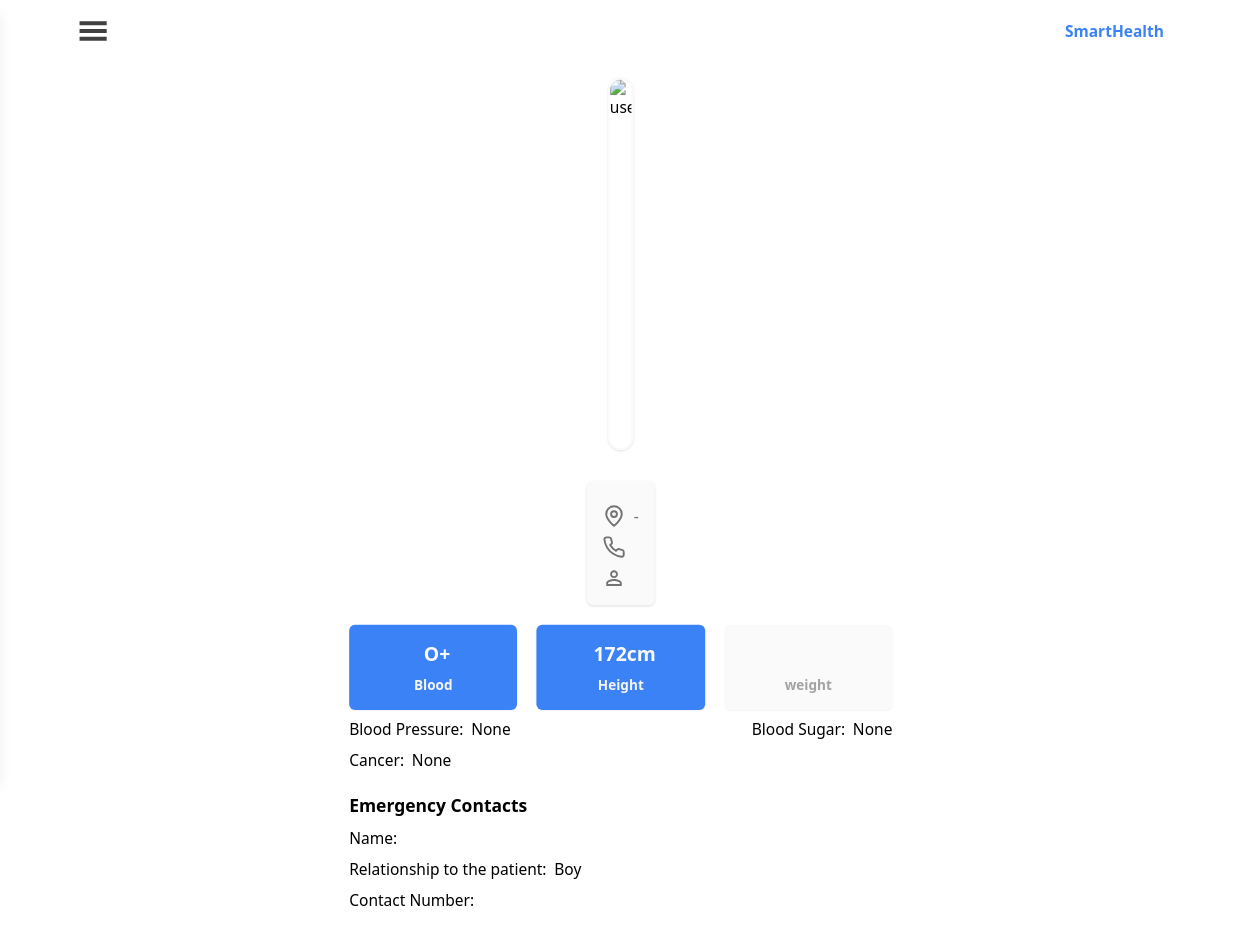
Repository: Sanaa00/HI-user
Page: /home
An editor plug-in stored every save of this project. The page is shown before and after the next save, followed by the edit.
The browser window is 1280 px wide. The pictures show the whole page, at 97% of full size.
The page's requests for data from a server got no answer. The project was rebuilt for these pictures with package versions that can differ from the ones it lists, and the page was loaded fresh each time. No one was signed in, and anything a server would have sent is missing. Also part of the build but not shown: vite.config.js, src/App.css, src/Components/Pagination.jsx, src/Pages/Prescription.jsx, src/Components/modalComponent.jsx, src/Pages/Laboratory.jsx, src/Pages/Radiographic.jsx, src/Components/InputField.jsx and 2 more.

Above is the page before, as saved 2024-01-12 21:21:59.

After the next save:
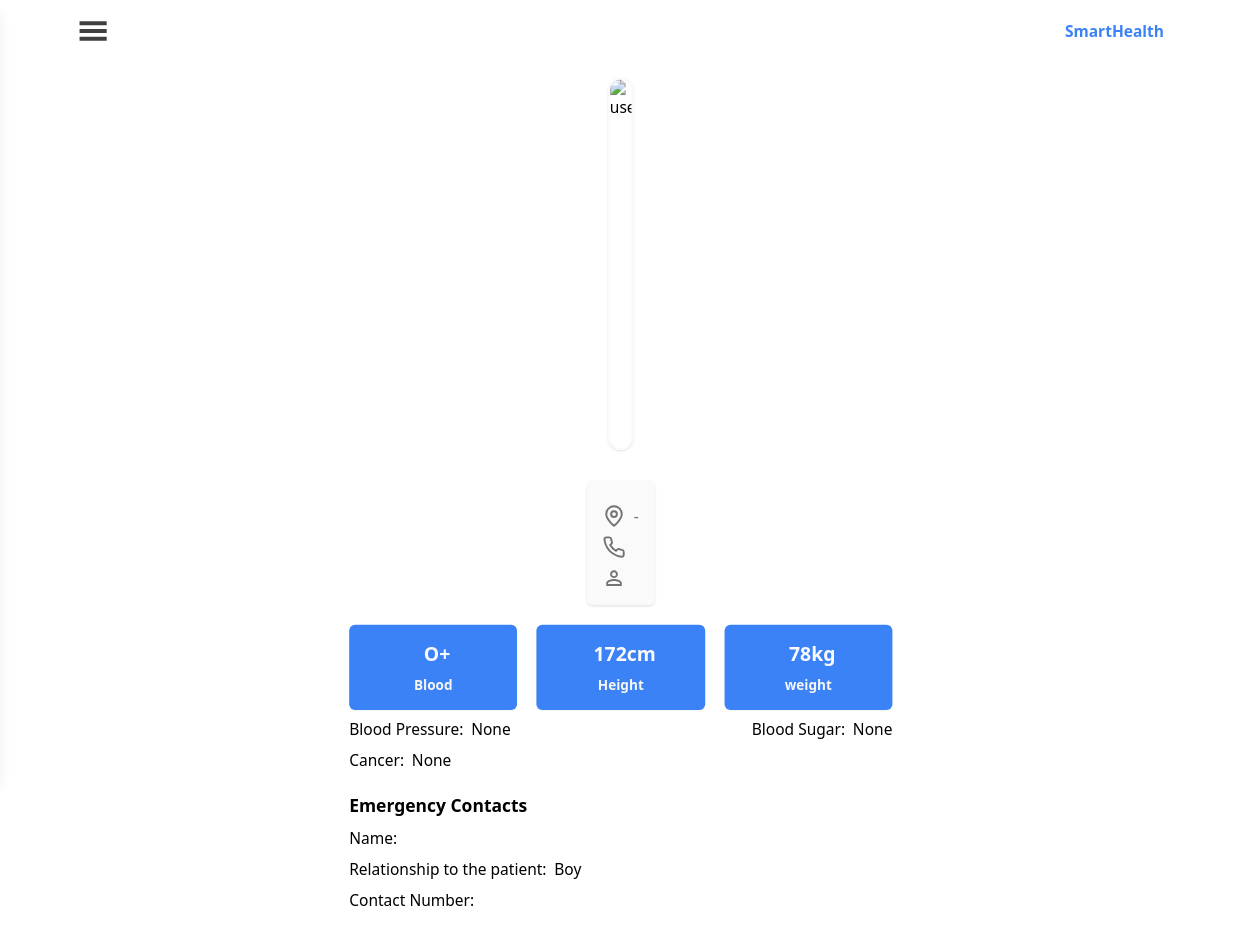
Saved 17 s later.
--- a/src/Pages/Home.jsx
+++ b/src/Pages/Home.jsx
@@ -104,10 +104,10 @@ function Home() {
             Height
           </div>
         </div>{' '}
-        <div className="flex flex-col justify-center items-center bg-neutral-50 p-4 rounded-md shadow-sm w-full">
+        <div className="flex flex-col justify-center items-center bg-blue-500 p-4 rounded-md shadow-sm w-full">
           {' '}
           <div className="ml-2 text-xl font-bold">78kg</div>
-          <div className="text-sm font-semibold text-neutral-400 mt-2">
+          <div className="text-sm font-semibold text-neutral-100 mt-2">
             weight
           </div>
         </div>{' '}
